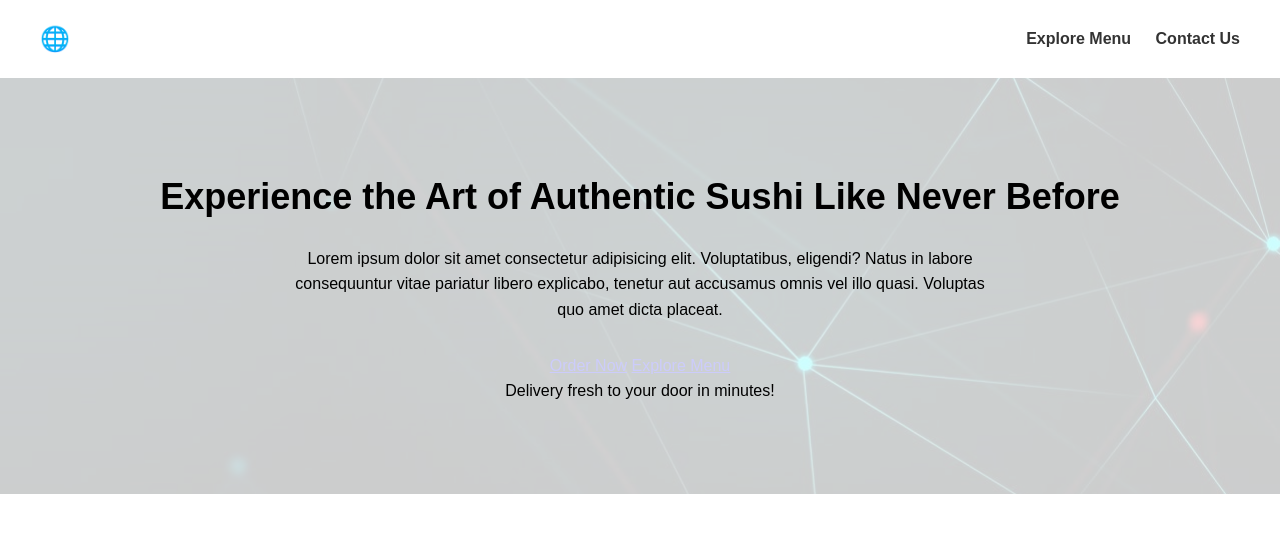
Repository: Femi007-gh/experience
Page: index.html
The author's editor kept a copy of each file at every save. The page is drawn from the files as they stood at one save, then again after the next save.
The browser window is 1280 px wide. The pictures show the whole page.

Above is the page before, as saved 2025-01-16 06:55:14.

After the next save:
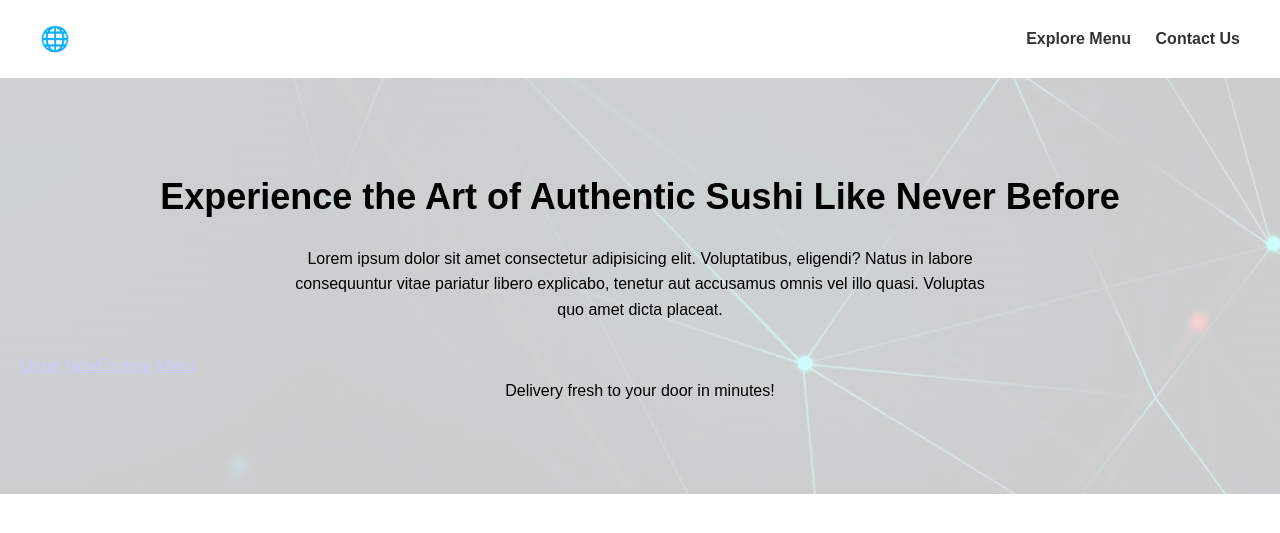
Saved 4 s later.
--- a/style.css
+++ b/style.css
@@ -62,5 +62,6 @@ header nav a:hover {
 }
 
 .cta-buttons {
-  display:
+  display: flex;
+
 }
